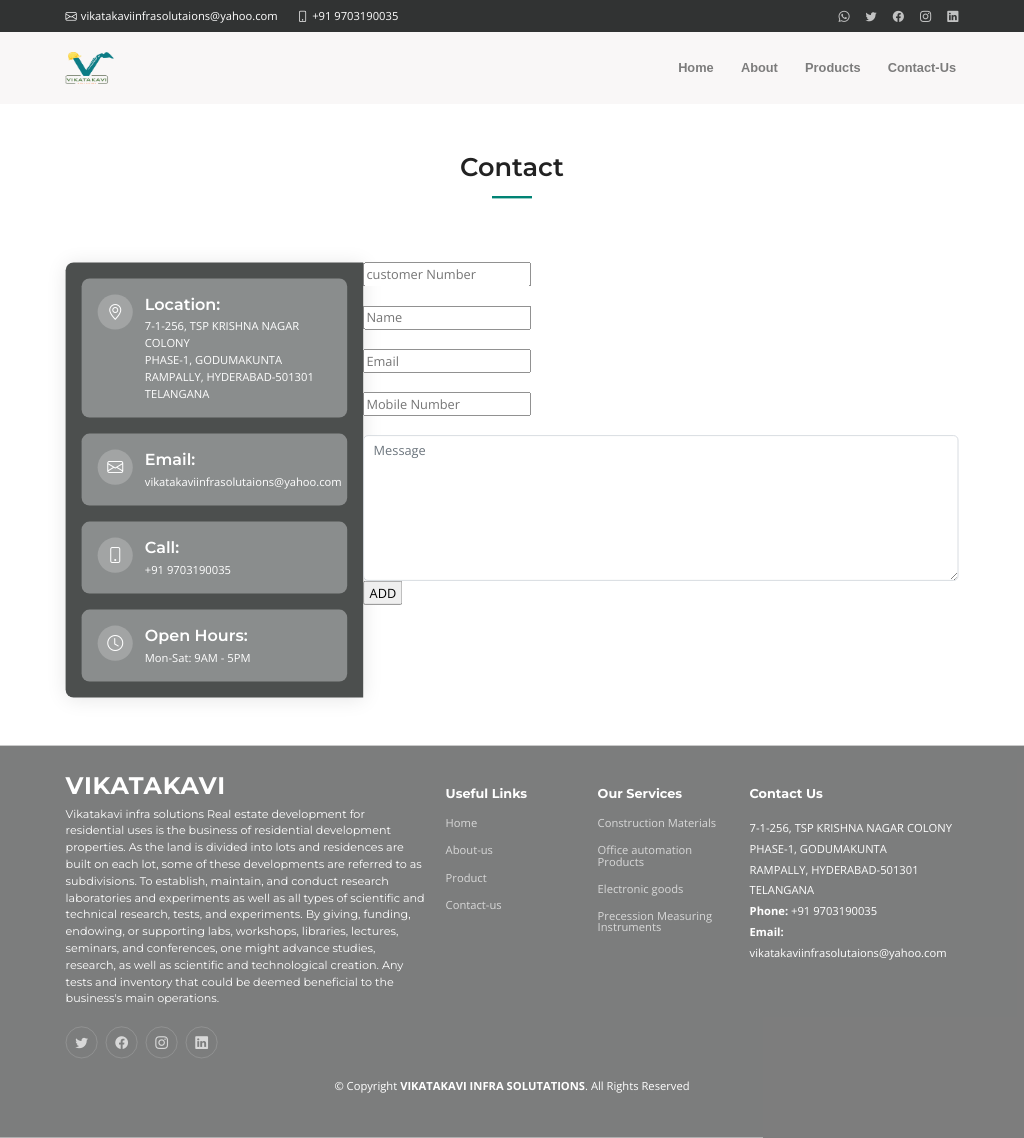
Repository: subhasissahoo181/vikatakavi
Page: Vikatikavi/src/main/webapp/contact.html
The author's editor kept a copy of each file at every save. The page is drawn from the files as they stood at one save, then again after the next save.
The browser window is 1280 px wide. The pictures show the whole page, at 80% of full size.
Some web fonts or font styles are not loaded; a fallback is used.

Above is the page before, as saved 2023-03-26 14:37:50.

After the next save:
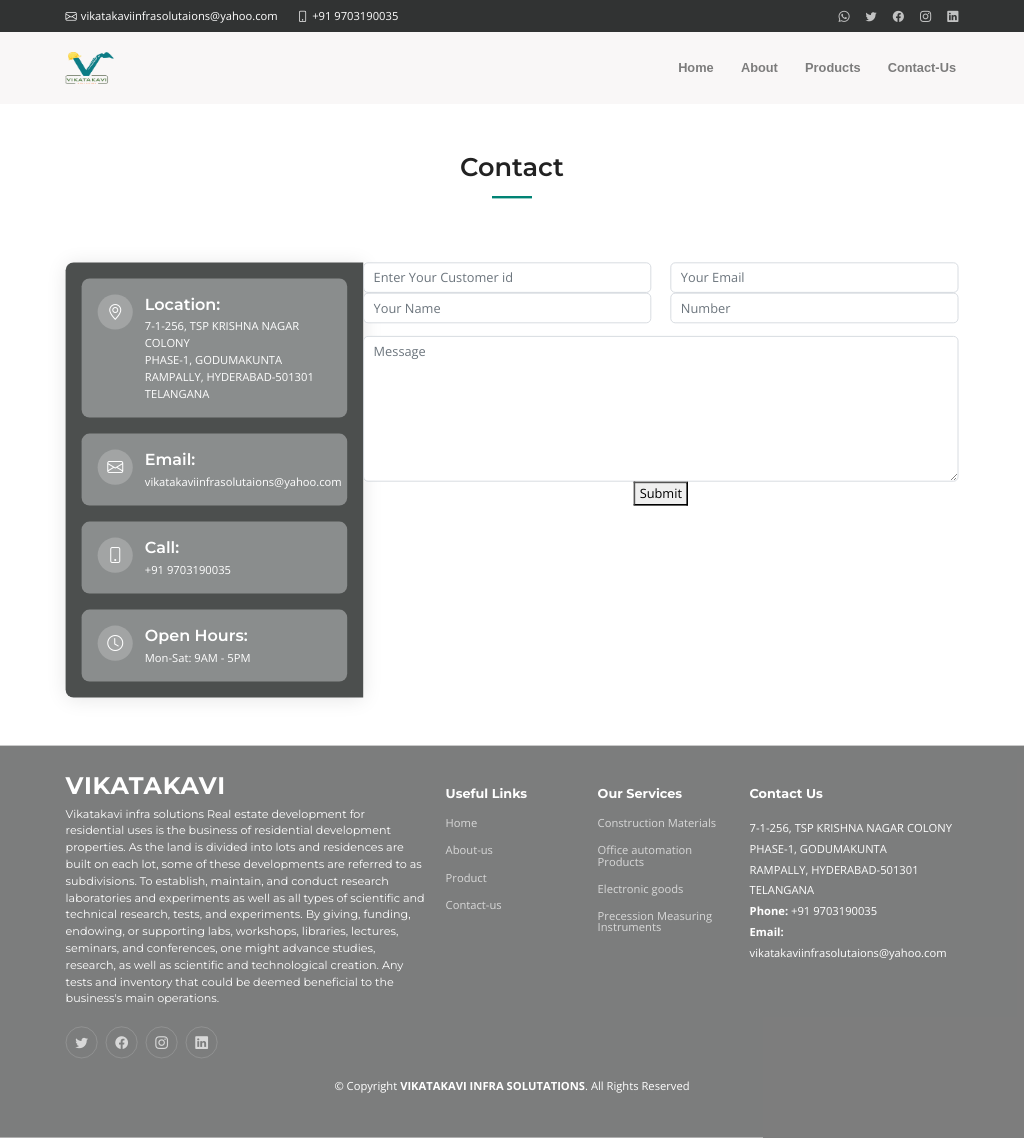
Saved 87 s later.
--- a/Vikatikavi/src/main/webapp/contact.html
+++ b/Vikatikavi/src/main/webapp/contact.html
@@ -130,7 +130,7 @@
             </div>
 
             <div class="col-lg-8">
-              <!-- <form method="post" action="contactus">
+               <form method="post" action="contactus">
                 <div class="row">
                   <div class="col-md-6 form-group">
                     <input type="text" name="cid" class="form-control" id="name" placeholder="Enter Your Customer id" required>
@@ -151,16 +151,18 @@
                 <div class="form-group mt-3">
                   <textarea class="form-control" name="message" rows="7" placeholder="Message" required></textarea>
                 </div>
-                <div class="my-3">
+                <!-- <div class="my-3">
                   <div class="loading">Loading</div>
                   <div class="error-message"></div>
                   <div class="sent-message">Your message has been sent. Thank you!</div>
                 </div>
+                 -->
                 <div class="text-center">
-                <input type="submit" value="ADD">
-                <!-- <button type="submit" value="ADD">Submit</button> -- >
-                </div>
-              </form>-->
+
+                <button type="submit" value="ADD">Submit</button>
+                </div>
+              </form>
+              <!--
               <form method="post" action="contactus">
               <input type="text" name="cid" placeholder="customer Number"><br><br>
               <input type="text" name="name" placeholder="Name"><br><br>
@@ -169,7 +171,7 @@
               <textarea class="form-control" name="message" rows="7" placeholder="Message" ></textarea>
 
               <input type="submit" value="ADD">
-              </form>
+              </form> -->
             </div>
             <!-- End Contact Form -->
 
